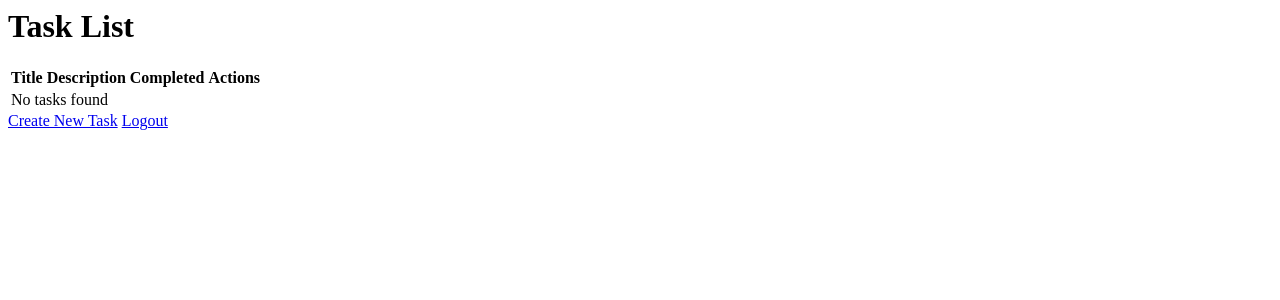
Repository: anchalsinghrajput/spring-MVC
Page: http://localhost/todoList/views/taskList.jsp
The author's editor kept a copy of each file at every save. The page is drawn from the files as they stood at one save, then again after the next save.
The browser window is 1280 px wide. The pictures show the whole page.
The page is served by Tomcat 10.

Above is the page before, as saved 2023-11-16 07:16:47.

After the next save:
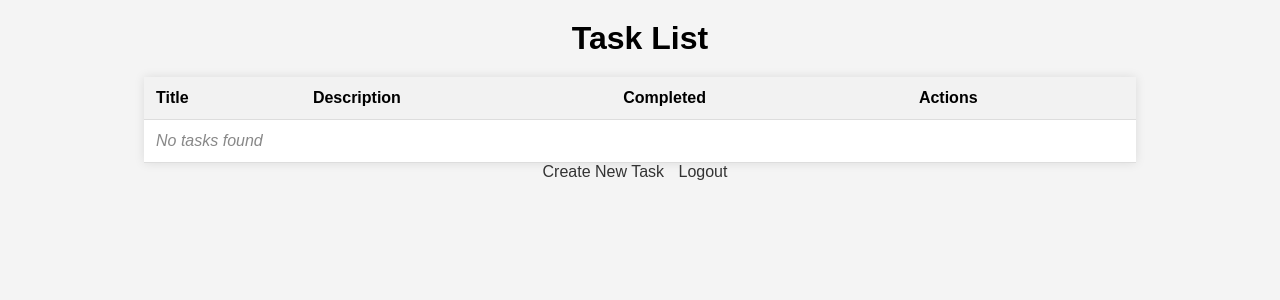
Saved 89 s later.
--- a/todoList/src/main/webapp/views/taskList.jsp
+++ b/todoList/src/main/webapp/views/taskList.jsp
@@ -5,6 +5,54 @@
 <html>
 <head>
     <title>Task List</title>
+    <style>
+        body {
+            font-family: Arial, sans-serif;
+            background-color: #f4f4f4;
+            margin: 0;
+            padding: 20px;
+            text-align: center;
+        }
+        h1 {
+            margin-bottom: 20px;
+        }
+        table {
+            width: 80%;
+            margin: 0 auto;
+            background-color: #fff;
+            border-collapse: collapse;
+            box-shadow: 0 0 10px rgba(0, 0, 0, 0.1);
+        }
+        th, td {
+            padding: 12px;
+            text-align: left;
+            border-bottom: 1px solid #ddd;
+        }
+        th {
+            background-color: #f2f2f2;
+        }
+        input[type="checkbox"] {
+            cursor: pointer;
+        }
+        a {
+            text-decoration: none;
+            color: #333;
+            margin-right: 10px;
+        }
+        a:hover {
+            text-decoration: underline;
+        }
+        .no-tasks {
+            font-style: italic;
+            color: #888;
+        }
+        .action-links {
+            white-space: nowrap;
+        }
+        .action-links a {
+            margin-right: 10px;
+        }
+    </style>
 </head>
 <body>
     <h1>Task List</h1>
@@ -18,28 +66,27 @@
         </tr>
 
         <%
-    List<Task> userTasks = (List<Task>) request.getAttribute("userTasks");
-    if (userTasks != null) {
-        for (Task task : userTasks) {
-%>
-        <tr>
-            <td><%= task.getTitle() %></td>
-            <td><%= task.getDescription() %></td>
-            <td>
-                <input type="checkbox" name="taskId" value="<%= task.getId() %>" <%= task.isCompleted() ? "checked" : "" %> onchange="this.form.submit()" />
-            </td>
-            <td>
-                <a href="/tasks/edit/<%= task.getId() %>">Edit</a> |
-                <a href="/tasks/delete/<%= task.getId() %>">Delete</a>
-            </td>
-        </tr>
-<%
+        List<Task> userTasks = (List<Task>) request.getAttribute("userTasks");
+        if (userTasks != null && !userTasks.isEmpty()) {
+            for (Task task : userTasks) {
+        %>
+            <tr>
+                <td><%= task.getTitle() %></td>
+                <td><%= task.getDescription() %></td>
+                <td>
+                    <input type="checkbox" name="taskId" value="<%= task.getId() %>" <%= task.isCompleted() ? "checked" : "" %> onchange="this.form.submit()" />
+                </td>
+                <td class="action-links">
+                    <a href="/tasks/edit/<%= task.getId() %>">Edit</a>
+                    <a href="/tasks/delete/<%= task.getId() %>">Delete</a>
+                </td>
+            </tr>
+        <%
+            }
+        } else {
+            out.println("<tr><td colspan='4' class='no-tasks'>No tasks found</td></tr>");
         }
-    } else {
-        out.println("<tr><td colspan='4'>No tasks found</td></tr>");
-    }
-%>
-
+        %>
     </table>
 
     <a href="/tasks/create">Create New Task</a>
